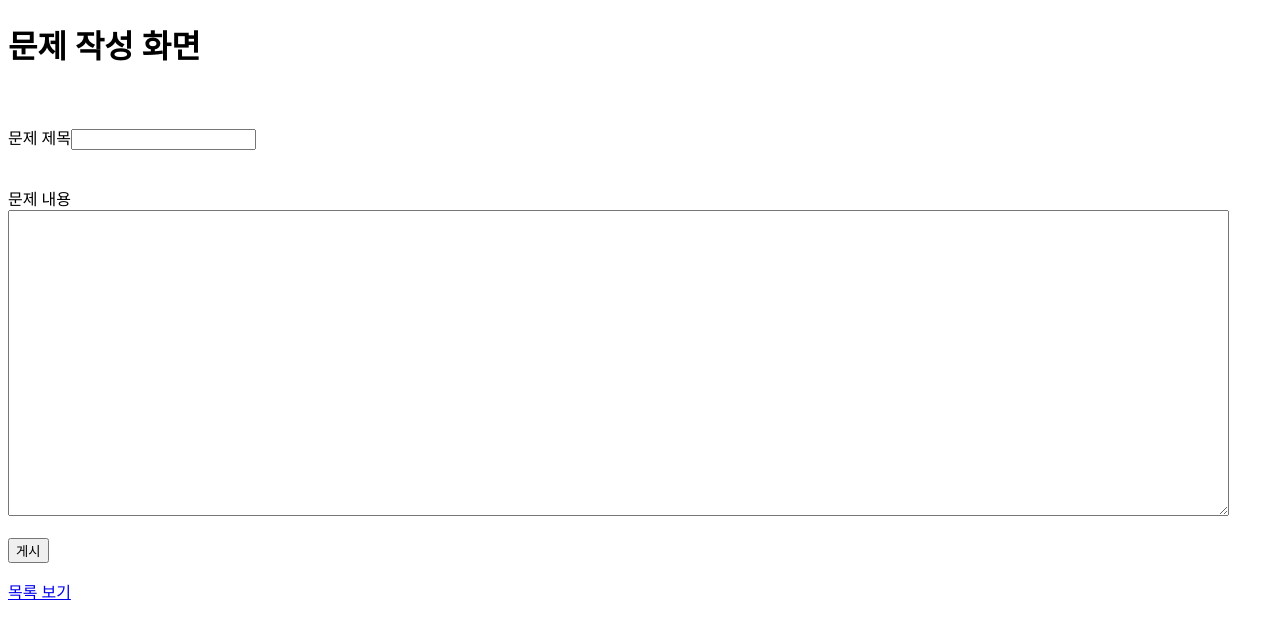
Repository: ryuhm48/Opensource-Project05
Page: http://localhost/Problems/Problems/ProblemWrite.jsp
An editor plug-in stored every save of this project. The page is shown before and after the next save, followed by the edit.
The browser window is 1280 px wide. The pictures show the whole page.
The page is served by Tomcat 9. Other server files are loaded and not shown.

Above is the page before, as saved 2019-06-02 02:12:54.

### 문제 풀이 제출 추가/Problems/WebContent/Problems/ProblemWrite.jsp
<%@ page language="java" contentType="text/html; charset=UTF-8"
pageEncoding="UTF-8"%>

<!DOCTYPE html PUBLIC "-//W3C//DTD HTML 4.01Transitional//EN" "http://www.w3.org/TR/html4/loose.dtd">
<html>
<head>
<meta http-equiv="Content-Type" content = text/html; charset="UTF-8">
<title>문제 작성</title>
</head>
<body>
	<h1>문제 작성 화면</h1>

	<form action = "write.do" method = "post">
		<input type = "text" name = "studyNum" style = "display : none;" value = "1"><br/>
		<input type = "text" name = "problemNum2" style = "display : none;" value = "1"><br/>
		문제 제목<input type = "text" name = "problemName"><br/>
		<input type = "text" name = "problemLanguage" style = "display : none;" value = "C"><br/>
		<input type = "text" name = "writerName" style = "display : none;" value = "김경태"><br/>
		문제 내용<br/><textarea name = "problemContent" rows="20" cols="150"></textarea><br/><br/>
		<input type = "submit" value = "게시"></br>
	</form>

	<p><a href="list.do">목록 보기</a></p>

</body>
</html>

After the next save:
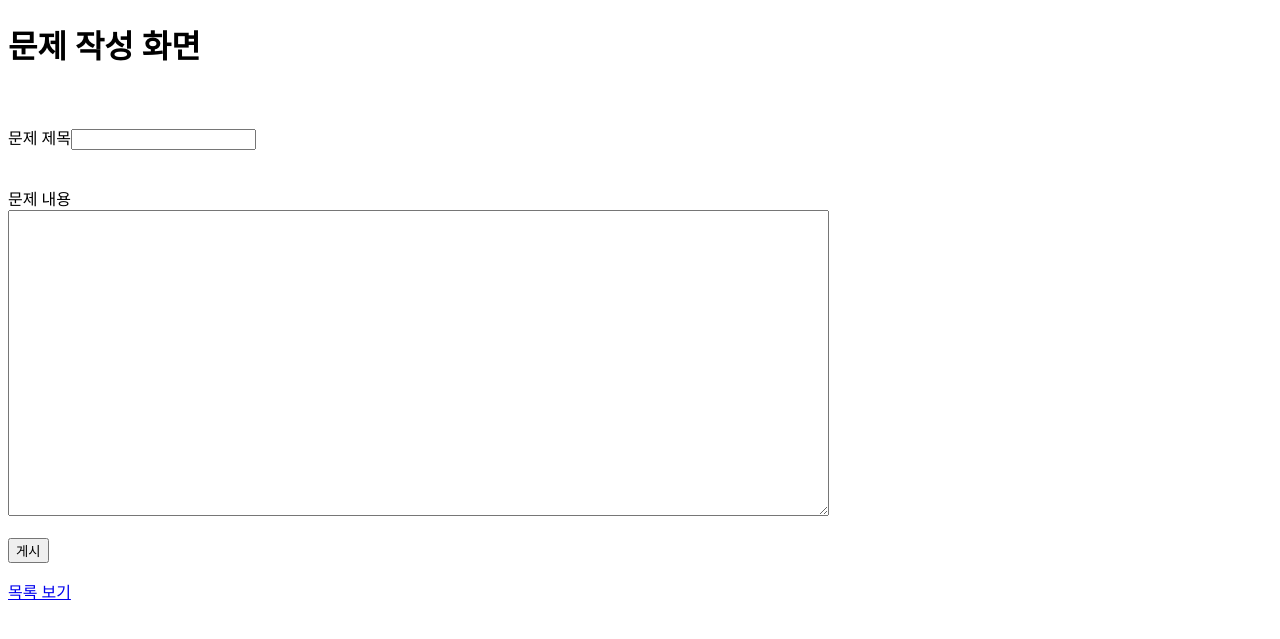
Saved 2 min 54 s later.
--- a/문제 풀이 제출 추가/Problems/WebContent/Problems/ProblemWrite.jsp
+++ b/문제 풀이 제출 추가/Problems/WebContent/Problems/ProblemWrite.jsp
@@ -16,7 +16,7 @@ pageEncoding="UTF-8"%>
 		문제 제목<input type = "text" name = "problemName"><br/>
 		<input type = "text" name = "problemLanguage" style = "display : none;" value = "C"><br/>
 		<input type = "text" name = "writerName" style = "display : none;" value = "김경태"><br/>
-		문제 내용<br/><textarea name = "problemContent" rows="20" cols="150"></textarea><br/><br/>
+		문제 내용<br/><textarea name = "problemContent" rows="20" cols="100"></textarea><br/><br/>
 		<input type = "submit" value = "게시"></br>
 	</form>
 
